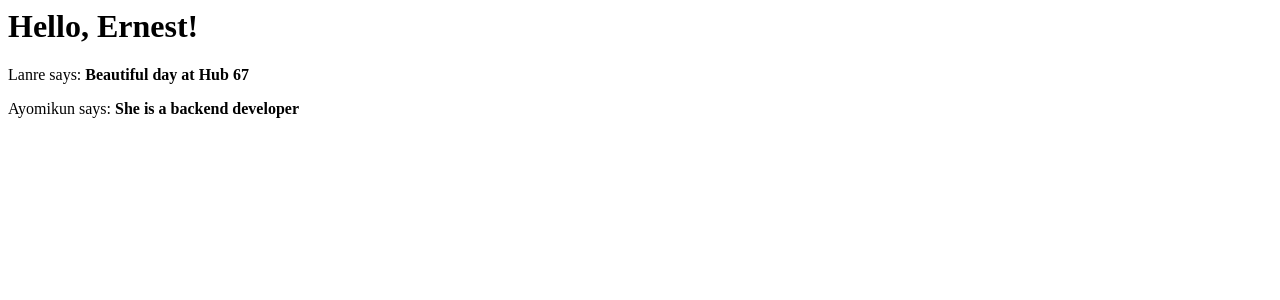
Repository: E-STAT/flask_with_miguel
Page: http://localhost/
The author's editor kept a copy of each file at every save. The page is drawn from the files as they stood at one save, then again after the next save.
The browser window is 1280 px wide. The pictures show the whole page.
The page is served by the project's application, run on Flask 3 (app/__init__.py).

Above is the page before, as saved 2020-11-04 12:22:48.

After the next save:
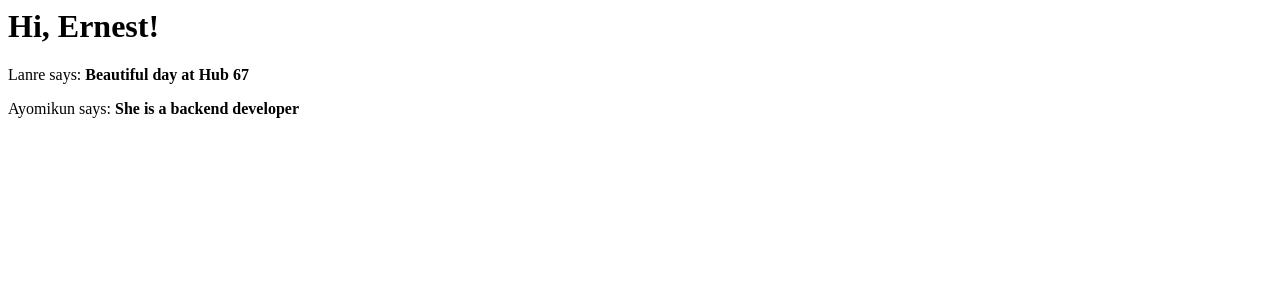
Saved 6 s later.
--- a/app/templates/index.html
+++ b/app/templates/index.html
@@ -7,7 +7,7 @@
         {% endif %}
     </head>
     <body>
-        <h1>Hello, {{ user.username }}!</h1>
+        <h1>Hi, {{ user.username }}!</h1>
         {% for post in posts %}
         <div><p> {{ post.author.username}} says: <b> {{post.body}} </b></p></div>
         {% endfor %}
